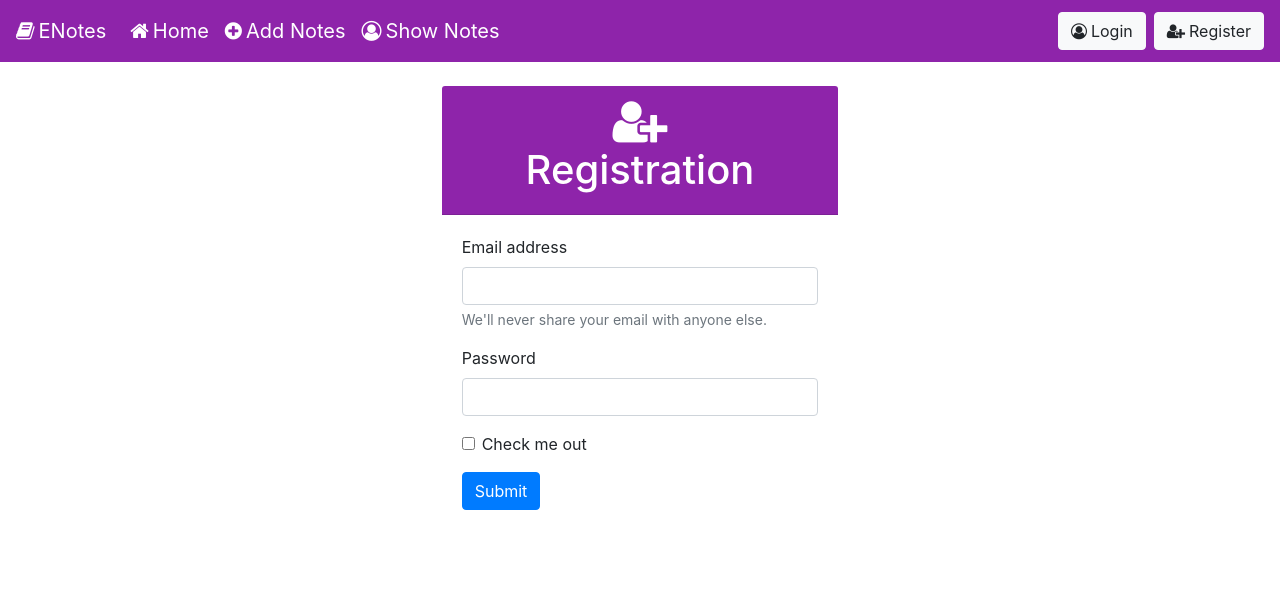
Repository: Bansal140899/eclipse-workspace
Page: http://localhost/ENotesProject/register.jsp
The author's editor kept a copy of each file at every save. The page is drawn from the files as they stood at one save, then again after the next save.
The browser window is 1280 px wide. The pictures show the whole page.
The page is served by Tomcat 9. Other server files are loaded and not shown.

Above is the page before, as saved 2025-12-21 22:03:29.

### ENotesProject/src/main/webapp/register.jsp
<%@ page language="java" contentType="text/html; charset=UTF-8"
	pageEncoding="UTF-8"%>
<!DOCTYPE html PUBLIC "-//W3C//DTD HTML 4.01 Transitional//EN" "http://www.w3.org/TR/html4/loose.dtd">
<html>
<head>
<meta http-equiv="Content-Type" content="text/html; charset=UTF-8">
<title>Register Page</title>
</head>
<body>
	<%@include file="All_Component/allcss.jsp"%>
	<%@include file="All_Component/navbar.jsp"%>
	<div class="container-fluid div-color">
		<div class="row">
			<div class="col-md-4 offset-md-4">
              <div  class="text-center text-white mt-4">

				<div class="card-header text-center text-white bg-custom">
				   <i class="fa fa-user-plus fa-3x" aria-hidden="true"></i>
				   <h1>Registration</h1>

				 </div>

				</div>
				<div class="card-body">
				<form>
					<div class="form-group">
						<label for="exampleInputEmail1">Email address</label> <input
							type="email" class="form-control" id="exampleInputEmail1"
							aria-describedby="emailHelp"> <small id="emailHelp"
							class="form-text text-muted">We'll never share your email
							with anyone else.</small>
					</div>
					<div class="form-group">
						<label for="exampleInputPassword1">Password</label> <input
							type="password" class="form-control" id="exampleInputPassword1">
					</div>
					<div class="form-group form-check">
						<input type="checkbox" class="form-check-input" id="exampleCheck1">
						<label class="form-check-label" for="exampleCheck1">Check
							me out</label>
					</div>
					<button type="submit" class="btn btn-primary">Submit</button>
				</form>


				</div>
				</div>

			</div>

		</div>


	</div>
</body>
</html>

### ENotesProject/src/main/webapp/All_Component/allcss.jsp
<link rel="stylesheet"
	href="https://cdn.jsdelivr.net/npm/bootstrap@4.6.2/dist/css/bootstrap.min.css"
	integrity="sha384-xOolHFLEh07PJGoPkLv1IbcEPTNtaed2xpHsD9ESMhqIYd0nLMwNLD69Npy4HI+N"
	crossorigin="anonymous">

<link rel="stylesheet"
	href="https://cdnjs.cloudflare.com/ajax/libs/font-awesome/4.7.0/css/font-awesome.min.css">
<link rel="stylesheet" href="css/style.css">

<script
	src="https://cdn.jsdelivr.net/npm/jquery@3.5.1/dist/jquery.slim.min.js"
	integrity="sha384-DfXdz2htPH0lsSSs5nCTpuj/zy4C+OGpamoFVy38MVBnE+IbbVYUew+OrCXaRkfj"
	crossorigin="anonymous"></script>
<script
	src="https://cdn.jsdelivr.net/npm/popper.js@1.16.1/dist/umd/popper.min.js"
	integrity="sha384-9/reFTGAW83EW2RDu2S0VKaIzap3H66lZH81PoYlFhbGU+6BZp6G7niu735Sk7lN"
	crossorigin="anonymous"></script>
<script
	src="https://cdn.jsdelivr.net/npm/bootstrap@4.6.2/dist/js/bootstrap.min.js"
	integrity="sha384-+sLIOodYLS7CIrQpBjl+C7nPvqq+FbNUBDunl/OZv93DB7Ln/533i8e/mZXLi/P+"
	crossorigin="anonymous"></script>

### ENotesProject/src/main/webapp/All_Component/navbar.jsp
<nav class="navbar navbar-expand-lg navbar-dark bg-custom navbar-custom">
  <a class="navbar-brand" href="#"><i class="fa fa-book mr-1" aria-hidden="true"></i>ENotes</a>
  <button class="navbar-toggler" type="button" data-toggle="collapse" data-target="#navbarSupportedContent" aria-controls="navbarSupportedContent" aria-expanded="false" aria-label="Toggle navigation">
    <span class="navbar-toggler-icon"></span>
  </button>

  <div class="collapse navbar-collapse" id="navbarSupportedContent">
    <ul class="navbar-nav mr-auto">
      <li class="nav-item active">
        <a class="nav-link" href="#"><i class="fa fa-home mr-1" aria-hidden="true"></i>Home <span class="sr-only">(current)</span></a>
      </li>
      <li class="nav-item">
        <a class="nav-link" href="#"><i class="fa fa-plus-circle mr-1" aria-hidden="true"></i>Add Notes</a>
      </li>

      <li class="nav-item">
        <a class="nav-link"><i class="fa fa-user-circle-o mr-1" aria-hidden="true"></i>Show Notes</a>
      </li>
    </ul>

      <button class="btn btn-light my-2 my-sm-0 mr-2" type="submit"><i class="fa fa-user-circle-o mr-1" aria-hidden="true"></i>Login</a>
      <button class="btn btn-light my-2 my-sm-0" type="submit"><i class="fa fa-user-plus mr-1" aria-hidden="true"></i>Register</a>

  </div>
</nav>

### ENotesProject/src/main/webapp/css/style.css
.bg-custom{
	background:#8e24aa;
}
.navbar .nav-item .nav-link{
	font-size:20px;
	color:white;
}

.navbar-custom .nav-item:hover .nav-link{
	background:white;
	color:black;
    border-radius:10px;
}

After the next save:
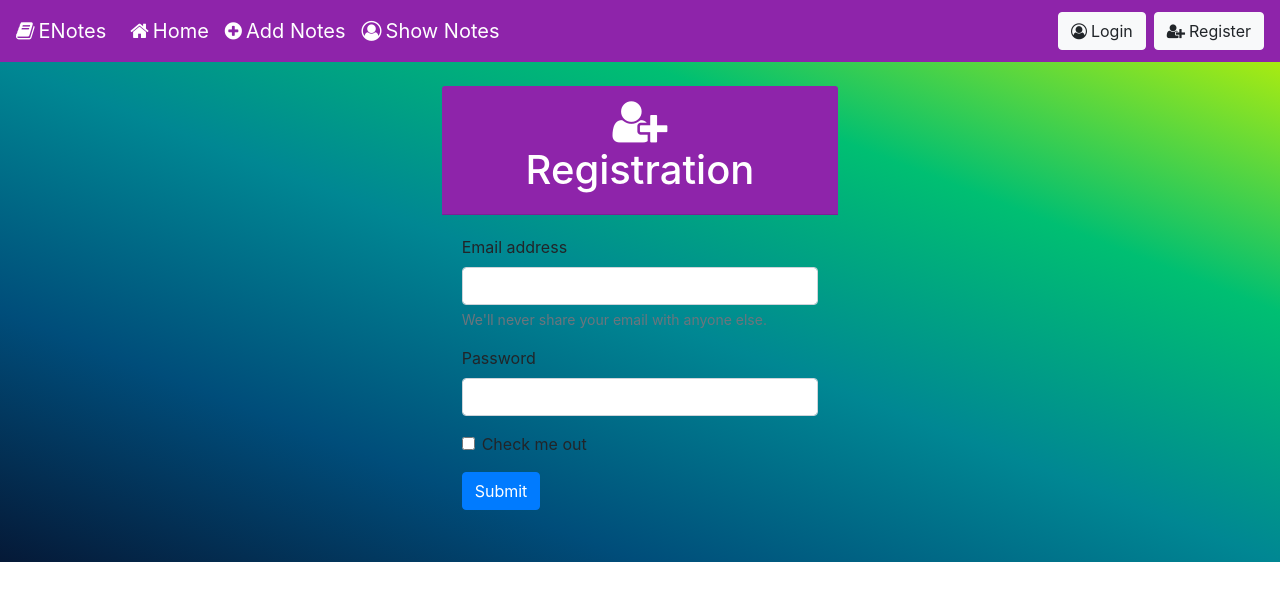
Saved 36 s later.
--- a/ENotesProject/src/main/webapp/css/style.css
+++ b/ENotesProject/src/main/webapp/css/style.css
@@ -11,3 +11,8 @@
 	color:black;
     border-radius:10px;
 }
+
+.div-color{
+	background-image: linear-gradient(to right top, #051937, #004d7a, #008793, #00bf72, #a8eb12);
+	height:500px;
+}
